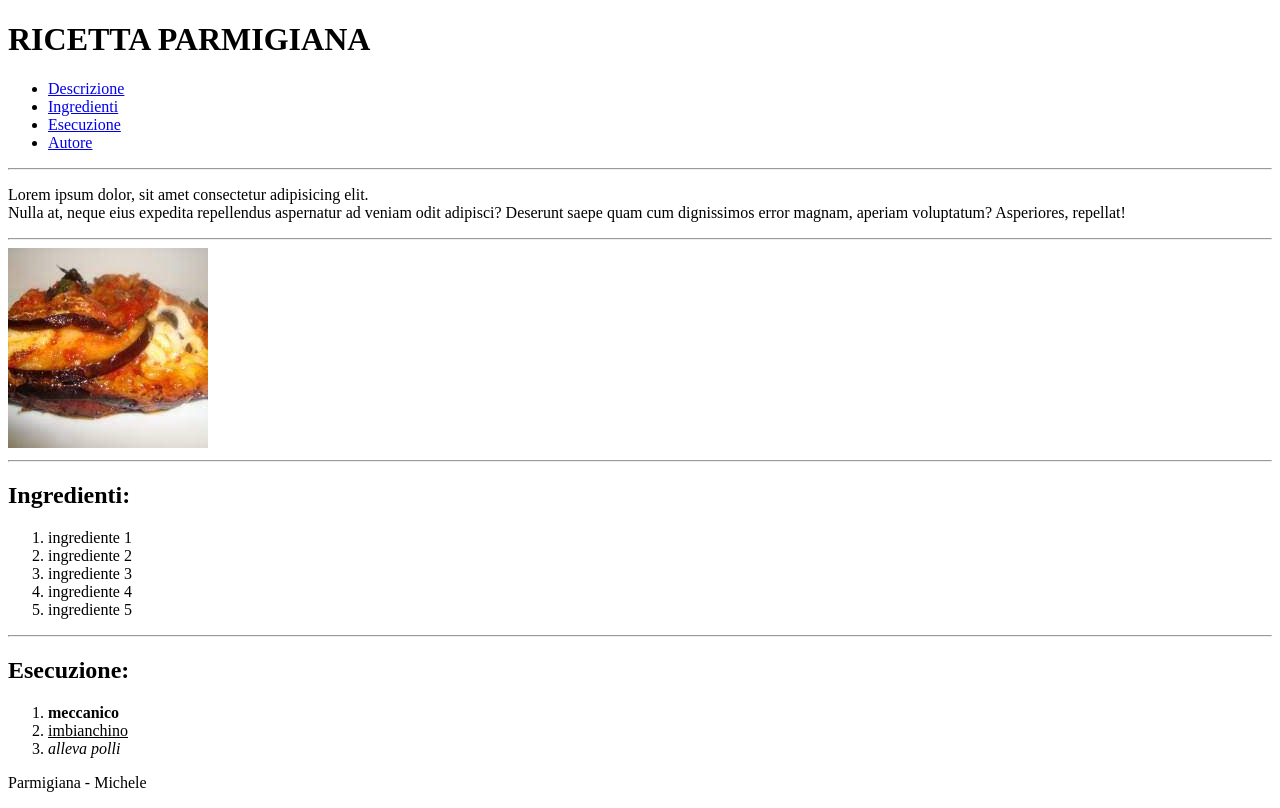
Repository: MicTomm/corso-frontend
Page: HTML/parmigiana/cdi.html
An editor plug-in stored every save of this project. The page is shown before and after the next save, followed by the edit.
The browser window is 1280 px wide. The pictures show the whole page.

Above is the page before, as saved 2023-11-07 12:34:28.

After the next save:
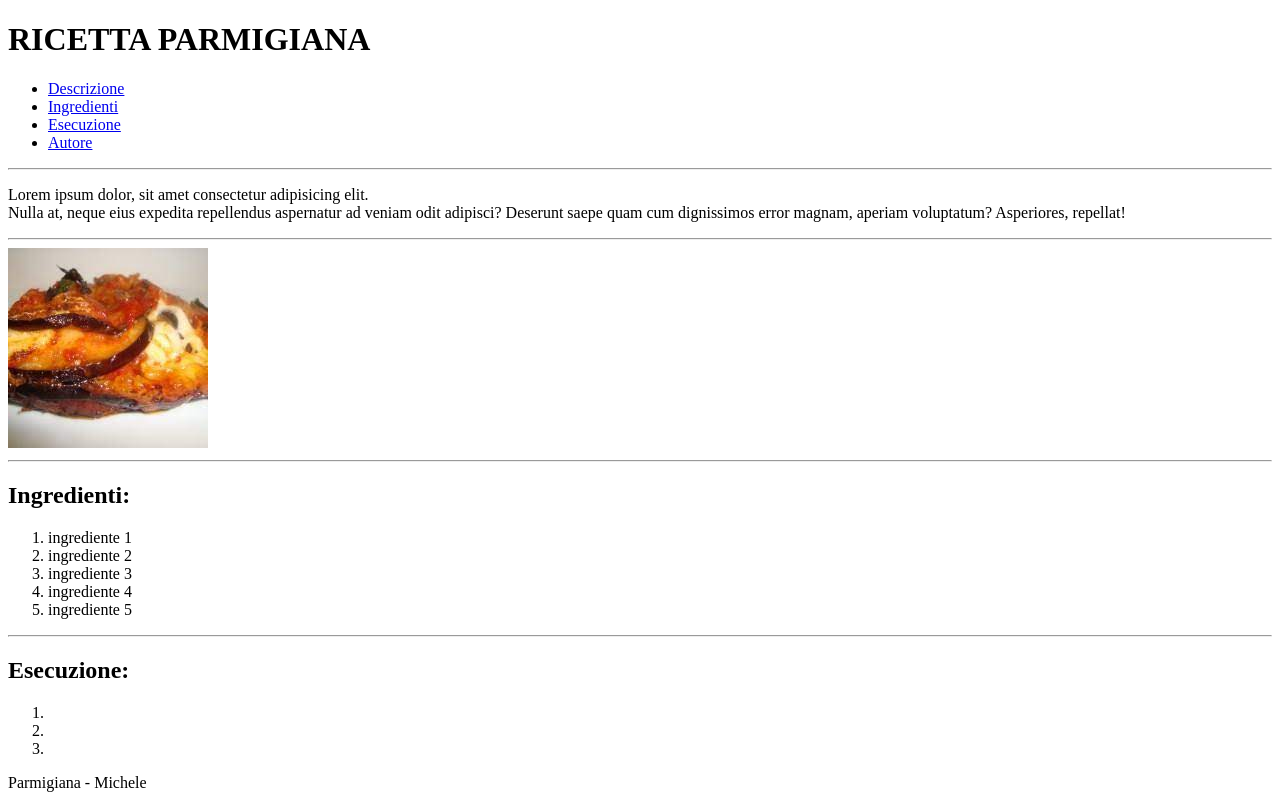
Saved 30 s later.
--- a/HTML/parmigiana/cdi.html
+++ b/HTML/parmigiana/cdi.html
@@ -10,7 +10,6 @@
 <body>
   <main>
     <h1>RICETTA PARMIGIANA</h1>
-
     <header>
       <nav>
         <ul>
@@ -21,7 +20,6 @@
         </ul>
       </nav>
     </header>
-
     <hr>
     <article id="descrizione">
       <p>Lorem ipsum dolor, sit amet consectetur adipisicing elit. <br />Nulla at, neque eius expedita repellendus
@@ -46,9 +44,9 @@
     <section id="esecuzione">
       <h2>Esecuzione:</h2>
       <ol>
-        <li><b>meccanico</b></li>
-        <li><u>imbianchino</u></li>
-        <li><i>alleva polli</i></li>
+        <li></li>
+        <li></li>
+        <li></li>
       </ol>
     </section>
   </main>
